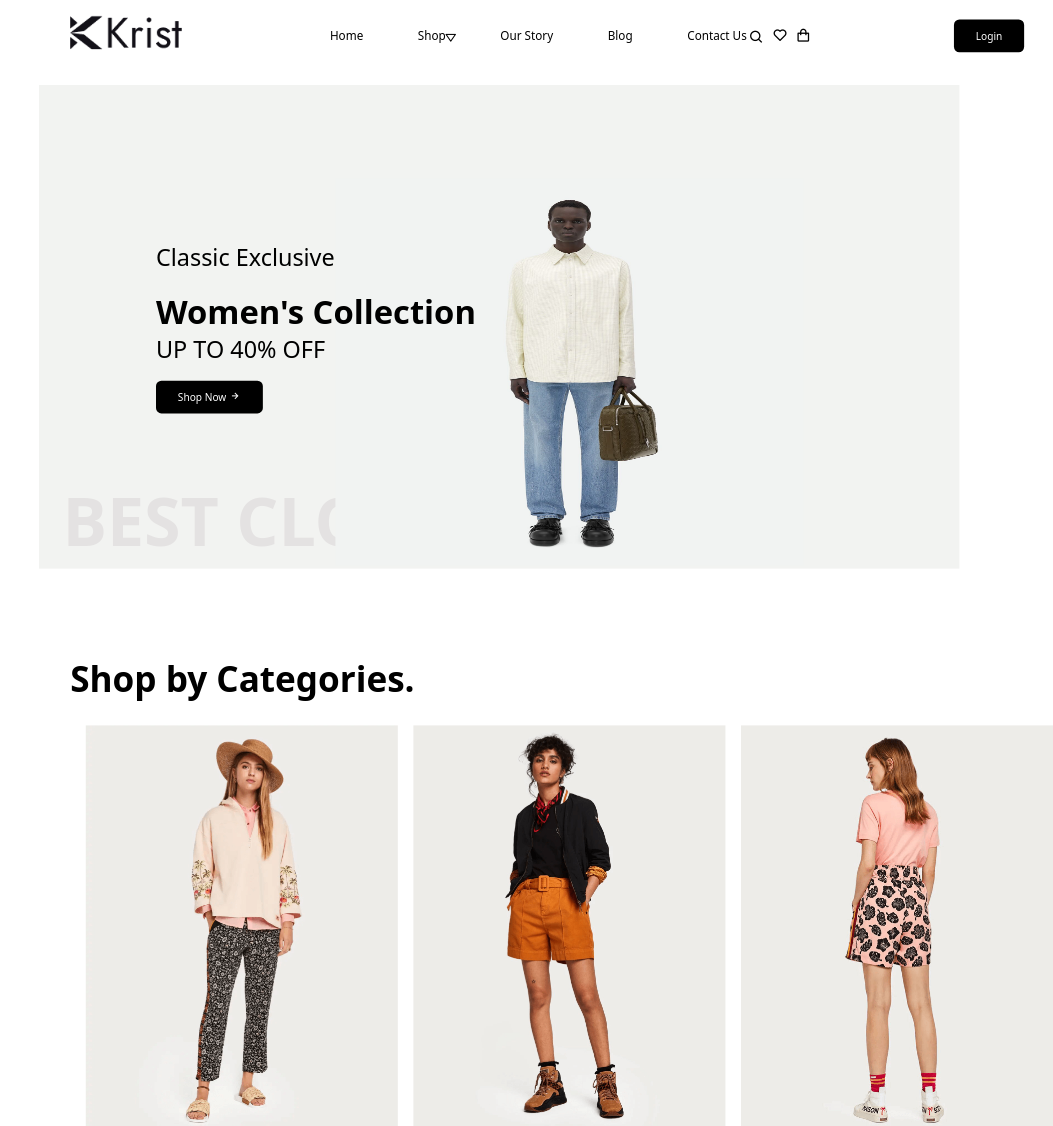
Repository: isaacCodes1/Krist-Website
Page: index.html
These files come from the project's save history. The page is drawn as it stood at one moment and after a run of saves; the edit follows.
The browser window is 1280 px wide. The page is 1350 px wide, then 1336 px, so the pictures cover 1350 px, including what lies to the right of the window. The pictures show the whole page, at 78% of full size.

Above is the page before, as saved 2024-04-01 10:47:51.

### index.html
<!DOCTYPE html>
<html lang="en">
  <head>
    <meta charset="UTF-8" />
    <meta name="viewport" content="width=device-width, initial-scale=1.0" />
    <link rel="stylesheet" href="style.css" />
    <link
      rel="stylesheet"
      href="https://unpkg.com/boxicons@latest/css/boxicons.min.css"
    />
    <title>Krist Website.</title>
  </head>
  <body>
    <header>
      <nav>
        <div class="navBar">
          <a href="index.html"><img src="/Assets/Group 56.png" alt="" /></a>
          <div class="logoItems">
            <ul>
              <li>Home</li>
              <li class="shop">Shop</li>
              <li>Our Story</li>
              <li>Blog</li>
              <li class="contact">Contact Us</li>
            </ul>
            <button class="login"><a href="Login.html">Login</a></button>
          </div>
          <div class="icons">
            <i class="bx bx-down-arrow"></i>
            <i class="bx bx-search"></i>
            <i class="bx bx-heart"></i>
            <i class="bx bx-shopping-bag"></i>
          </div>
        </div>
      </nav>
    </header>
    <section>
      <div class="landingPage">
        <h2>BEST CLOTHES</h2>
        <img src="/Assets/bot2.jpg" alt="" />
        <div class="landingPageText">
          <p class="classic">Classic Exclusive</p>
          <h1>Women's Collection</h1>
          <p>UP TO 40% OFF</p>
          <button>
            <a href="shop.html"
              >Shop Now <i class="bx bx-right-arrow-alt"></i
            ></a>
          </button>
        </div>
      </div>
    </section>
    <section class="cards">
      <div class="cardstext">
        <h1>Shop by Categories.</h1>
      </div>
      <div class="cardsImg">
        <img src="/Assets/1.jpg" alt="" />
        <img src="/Assets/2.jpg" alt="" />
        <img src="/Assets/3.jpg" alt="" />
      </div>
    </section>
  </body>
</html>

### style.css
* {
  margin: 0;
  padding: 0;
  box-sizing: border-box;
  font-family: system-ui, -apple-system, BlinkMacSystemFont, "Segoe UI", Roboto,
    Oxygen, Ubuntu, Cantarell, "Open Sans", "Helvetica Neue", sans-serif;
}
.navBar {
  display: flex;
  align-items: center;
  margin-bottom: 40px;
  position: relative;
}
.navBar img {
  margin-left: 90px;
  padding-top: 20px;
  padding-right: 190px;
}
.logoItems ul {
  display: flex;
  list-style: none;
  padding-top: 20px;
  gap: 70px;
}
.logoItems ul li {
  font-size: 15px;
}
.logoItems ul li:hover {
  transform: scale(1.05);
  font-weight: 700;
}
.shop {
  position: relative;
}
.bx-down-arrow {
  position: absolute;
  left: 570px;
}
.contact {
  position: relative;
}
.bx-search {
  position: absolute;
  right: 300px;
  top: 37px;
  font-size: 20px;
}
.bx-heart {
  position: absolute;
  right: 270px;
  top: 35px;
  font-size: 20px;
}
.bx-shopping-bag {
  position: absolute;
  right: 240px;
  top: 35px;
  font-size: 20px;
}
.bx-down-arrow {
  position: absolute;
  left: 570px;
  top: 40px;
}
.bx-right-arrow-alt {
  font-size: 15px;
}
.landingPage {
  display: flex;
  flex-direction: column;
  background: rgb(242, 243, 241);
  border-radius: 5 px;
  height: 620px;
  margin-bottom: 50px;
  margin-left: 50px;
  margin-right: 50px;
  position: relative;
}

.landingPageText {
  margin-top: 200px;
  margin-left: 150px;
  position: relative;
}
.landingPageText h1 {
  font-size: 42px;
  font-weight: 900;
}
.landingPage h2 {
  font-size: 85px;
  position: absolute;
  top: 500px;
  left: 30px;
  color: #e4e2e2;
}
.classic {
  font-size: 30px;
  font-weight: 500;
  margin-bottom: 10px;
}
.landingPageText p {
  font-size: 30px;
  font-weight: 400;
  margin-bottom: 20px;
}
button {
  padding: 12px 28px;
  background: #000;
  border: 1px;
  border-radius: 7px;
  transition: all 0.42s ease;
}
button a {
  text-decoration: none;
  font-size: 13px;
  color: #fff;
}
button:hover {
  color: #000;
  background: grey;
}
.landingPage img {
  width: 600px;
  position: absolute;
  top: 120px;
  right: 200px;
  background: transparent;
  height: 80%;
}
.login {
  padding: 12px 28px;
  background: #000;
  border: 1px;
  border-radius: 7px;
  margin-left: 800px;
  position: absolute;
  top: 25px;
}
.login a {
  text-decoration: none;
  font-size: 13px;
  color: #fff;
}
.cardstext {
  font-size: 30px;
  margin-left: 90px;
  padding-top: 60px;
  padding-bottom: 30px;
}
.cardsImg {
  display: flex;
  margin-left: 90px;
}
.cardsImg img {
  width: 400px;
  margin-left: 20px;
}

After the next 3 saves:
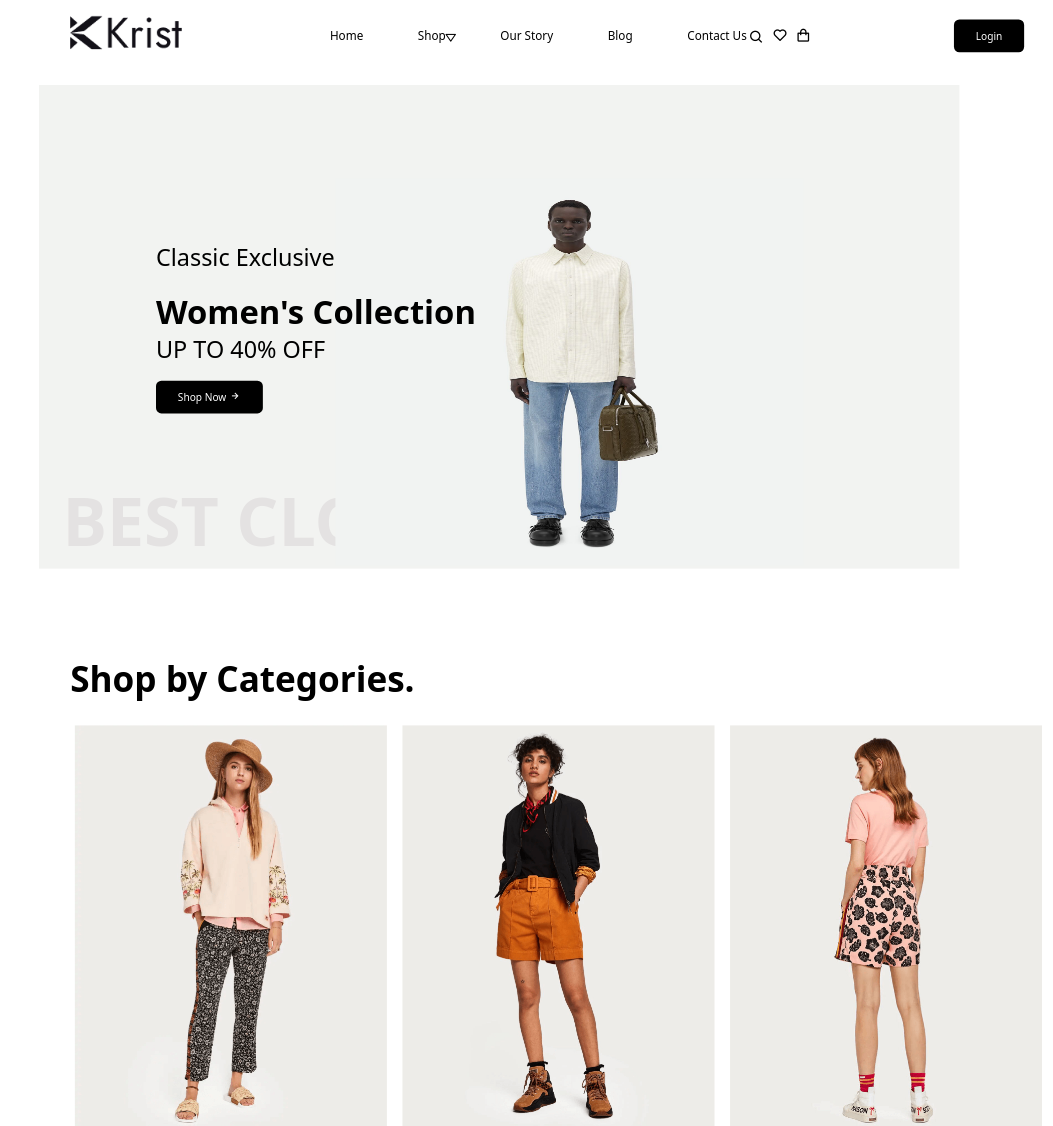
The 3 saves are shown as one change because they came seconds apart.
The last was saved 15 s later.
--- a/style.css
+++ b/style.css
@@ -149,7 +149,7 @@ button:hover {
 }
 .cardsImg {
   display: flex;
-  margin-left: 90px;
+  margin-left: 76px;
 }
 .cardsImg img {
   width: 400px;
